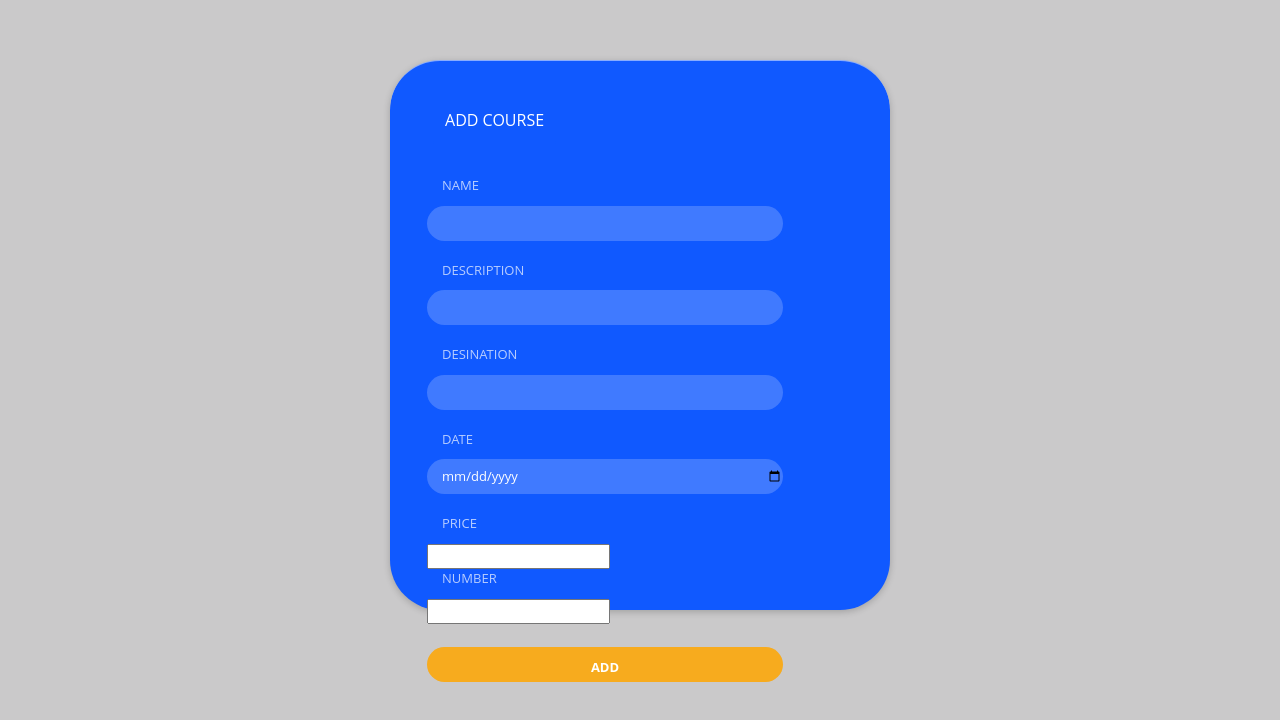
Repository: Yassin-Boushi/Safer
Page: http://localhost/add_flight
An editor plug-in stored every save of this project. The page is shown before and after the next save, followed by the edit.
The browser window is 1280 px wide. The pictures show the whole page.
The page is served by the project's Laravel application, run on PHP 8.4 with Laravel 9.

Above is the page before, as saved 2025-01-30 11:19:03.

After the next save:
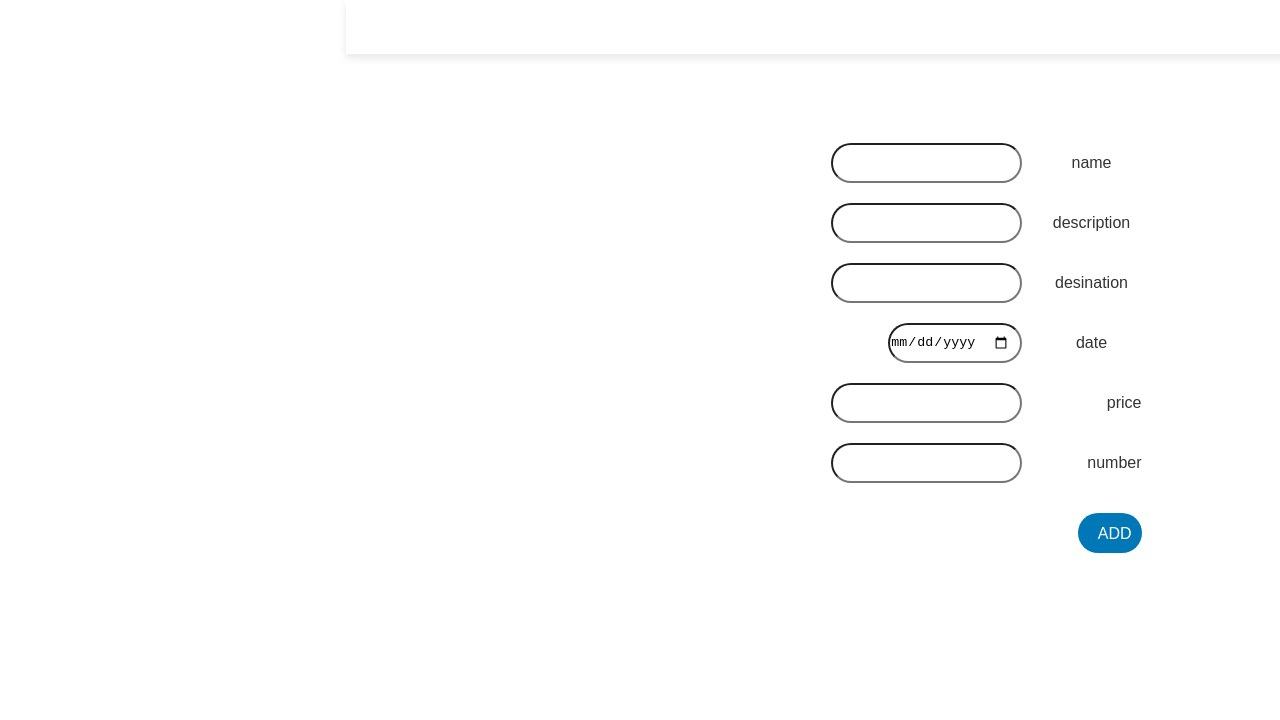
Saved 2 min 57 s later.
--- a/resources/views/flight/add.blade.php
+++ b/resources/views/flight/add.blade.php
@@ -1,35 +1,48 @@
-<link href="/css/bootstrap.min.css" rel="stylesheet">
-<link rel="stylesheet" href="/css/add.css">
-<div class="container ">
-    <div class="frame " style="height:550px" >
-        <div class="nav">
-            <ul class="links">
-                <li class="signin-active"><a class="btn">add course</a></li>
-            </ul>
+<x-nav />
+<main>
+<div class="nav">
+                <div>تسجيل الدخول</div>
         </div>
-        <div ng-app ng-init="checked = false">
 
-            <form class="form-signin"  action="flights" method="post" >
+            <form class="form-add"  action="flights" method="post" >
                 @csrf
+<div>
+    <label for="name">name</label>
+    <input class="form-styling" type="text" name="name" placeholder="" />
 
-                <label for="name">name</label>
-                <input class="form-styling" type="text" name="name" placeholder="" />
-                <label for="description">description </label> <input class="form-styling" type="text"
-                    name="description" placeholder="" />
-                <label for="desination">desination </label> <input class="form-styling" type="text"
-                    name="desination" placeholder="" />
-                <label for="date">date</label> <input class="form-styling" type="date"
-                    name="date" placeholder="" />
-                <label for="price">
-                    <div> price</div>
-                </label> <input class="" type="number" name="price" placeholder="" />
-                <label for="number">
-                    <div> number</div>
-                </label> <input class="" type="number" name="number" placeholder="" />
+</div>
+<div>
+    <label for="description">description </label> <input class="form-styling" type="text"
+        name="description" placeholder="" />
+
+</div>
+<div>
+    <label for="desination">desination </label> <input class="form-styling" type="text"
+        name="desination" placeholder="" />
+
+</div>
+<div>
+    <label for="date">date</label> <input class="form-styling" type="date"
+        name="date" placeholder="" />
+
+</div>
+<div>
+    <label for="price">
+        <div> price</div>
+    </label> <input class="" type="number" name="price" placeholder="" />
+
+</div>
+<div>
+    <label for="number">
+        <div> number</div>
+    </label> <input class="" type="number" name="number" placeholder="" />
+
+</div>
+
                 <div>
-                <input type="submit" style="background-color: rgb(247, 171, 30) " class=" btn-signup " value="ADD">
+                <input type="submit" class="button  " value="ADD">
             </div>
                 <br>
 
             </form>
-        </div></div>
+</main>
